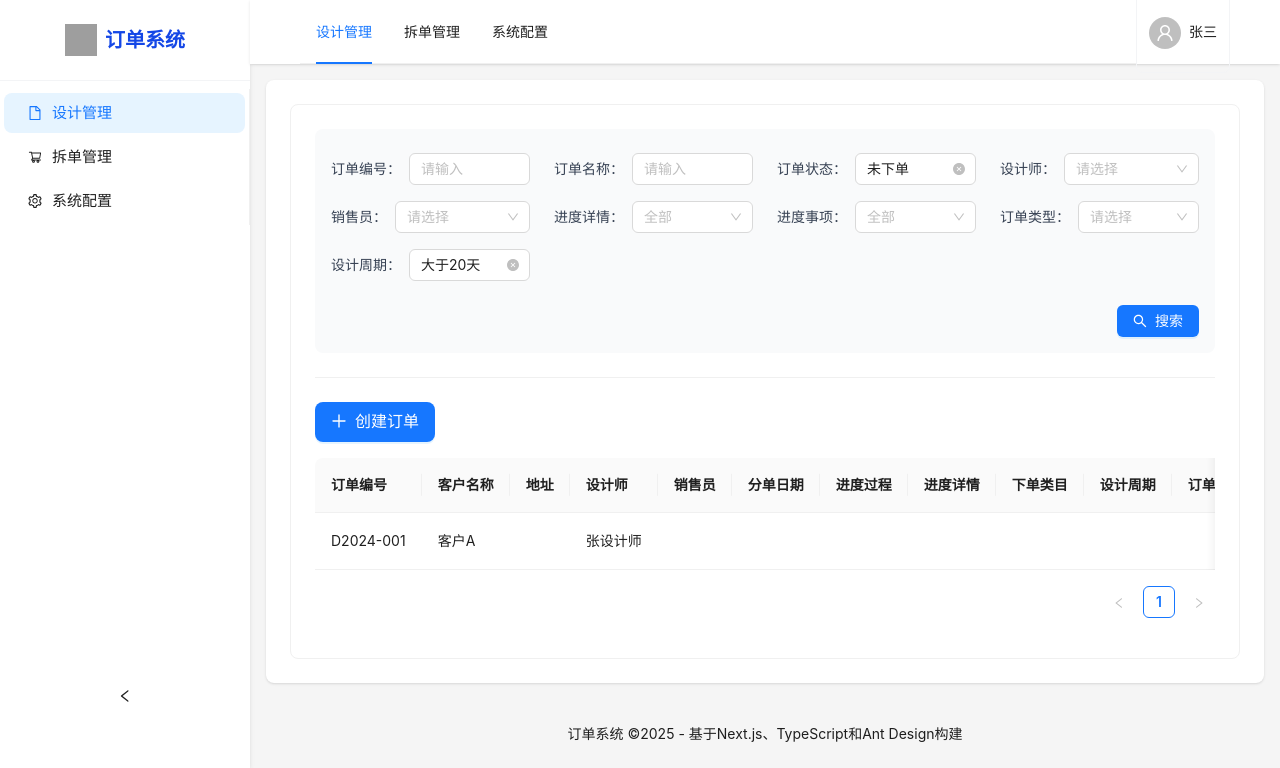
Repository: Garyxiwang/order_system
Page: /design (app in front/)
An editor plug-in stored every save of this project. The page is shown before and after a run of saves, followed by the edit.
The browser window is 1280 px wide. The pictures show the whole page.
Pictures or frames that could not be fetched are drawn as grey boxes. The project was rebuilt for these pictures with package versions that can differ from the ones it lists, and the page was loaded fresh each time. The framework's server and built-in components were replaced by stand-ins that run in the browser. Also part of the build but not shown: front/next.config.js, front/next.config.ts.

Above is the page before, as saved 2025-08-04 15:18:46.

After the next 3 saves:
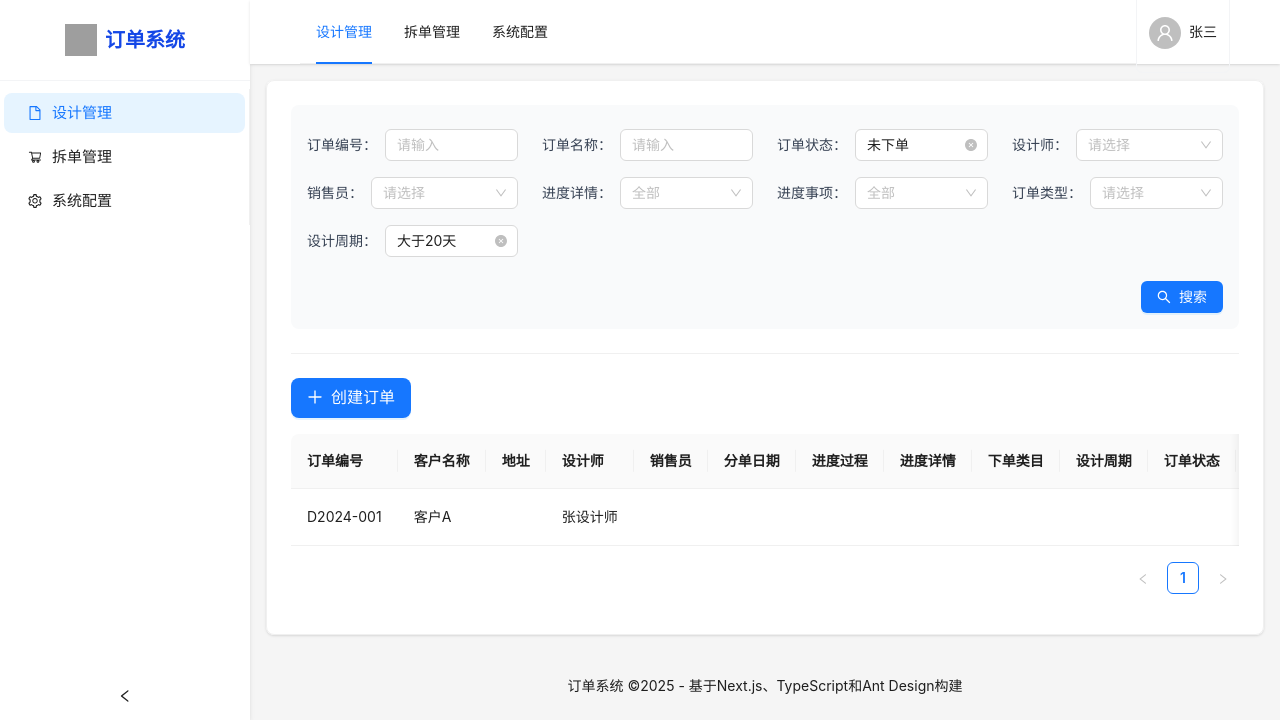
The 3 saves are shown as one change because they came seconds apart.
The last was saved 10 s later.
--- a/front/src/components/layout/AppLayout.tsx
+++ b/front/src/components/layout/AppLayout.tsx
@@ -151,7 +151,7 @@ const AppLayout: React.FC<AppLayoutProps> = ({ children }) => {
                   </Dropdown>
                 </div>
               </Header>
-              <Content className="p-6 m-4 bg-white rounded-lg shadow-sm">
+              <Content className="m-4 bg-white rounded-lg shadow-sm">
                 {children}
               </Content>
               <Footer className="text-center text-gray-500 bg-transparent">
